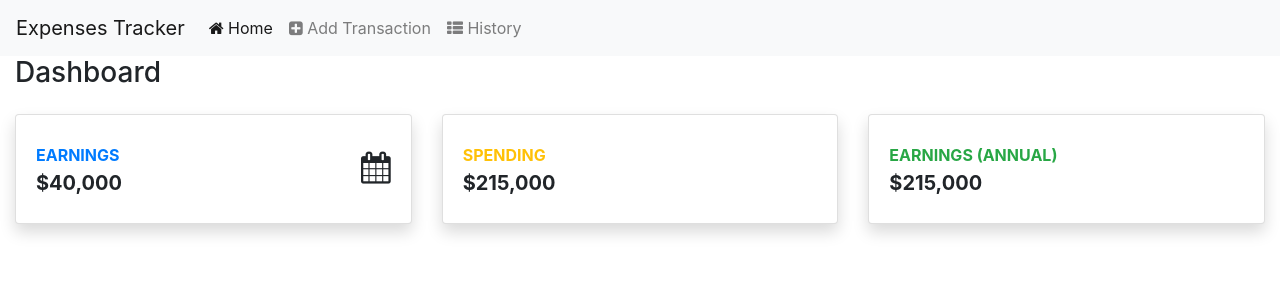
Repository: yucheng91/CI3-expenses-manager
Page: http://localhost/home
The author's editor kept a record of every edit. The page is drawn from the files as they stood at one moment, then again after the next edit.
The browser window is 1280 px wide. The pictures show the whole page.
The page is served by the project's application, run on Flask 3 (app.py). The database holds what the project's SQL file puts in it.

Above is the page before.

After the next edit:
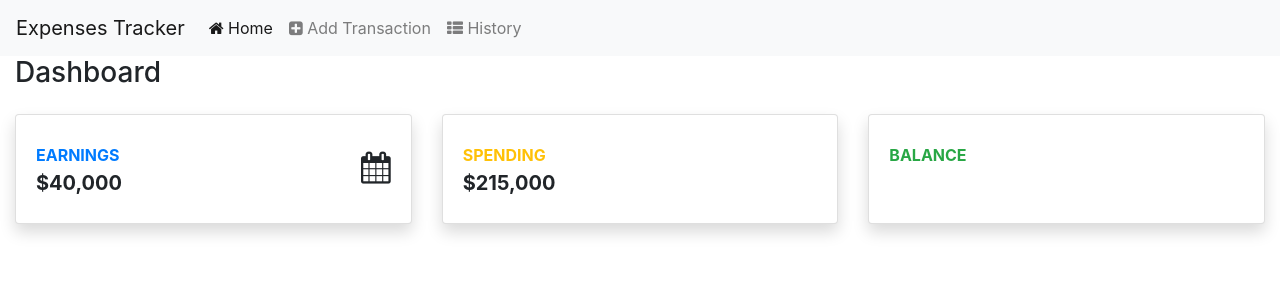
The edit:
--- a/templates/index.html
+++ b/templates/index.html
@@ -89,8 +89,8 @@
                 <div class="card-body">
                   <div class="row no-gutters align-items-center">
                     <div class="col mr-2">
-                      <div class="text-xs font-weight-bold text-success text-uppercase mb-1">Earnings (Annual)</div>
-                      <div class="h5 mb-0 font-weight-bold text-gray-800">$215,000</div>
+                      <div class="text-xs font-weight-bold text-success text-uppercase mb-1">Balance</div>
+                      <div class="h5 mb-0 font-weight-bold text-gray-800"></div>
                     </div>
                     <div class="col-auto">
                       <i class="fa fa-dollar-sign fa-2x text-gray-300"></i>
